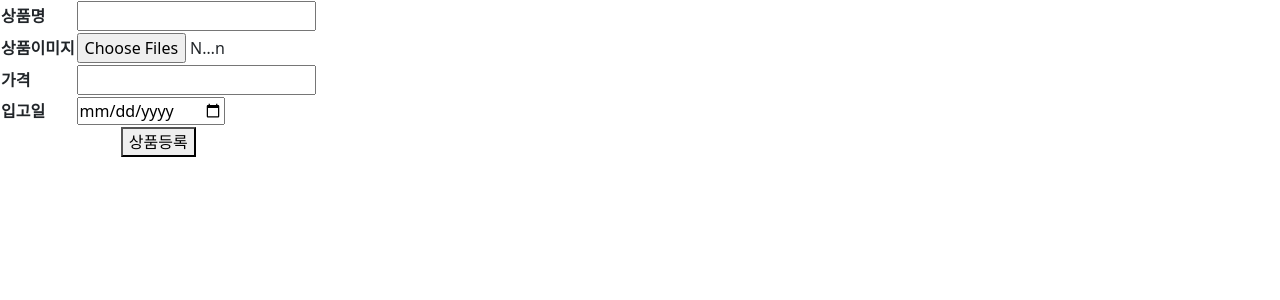
Repository: UZCHA/Sist0103Project
Page: http://localhost/SpringMvcUploadQuiz/quiz/myshop
An editor plug-in stored every save of this project. The page is shown before and after the next save, followed by the edit.
The browser window is 1280 px wide. The pictures show the whole page.
Some web fonts or font styles are not loaded; a fallback is used. The page is served by Tomcat 9.

Above is the page before, as saved 2024-05-07 06:41:57.

After the next save:
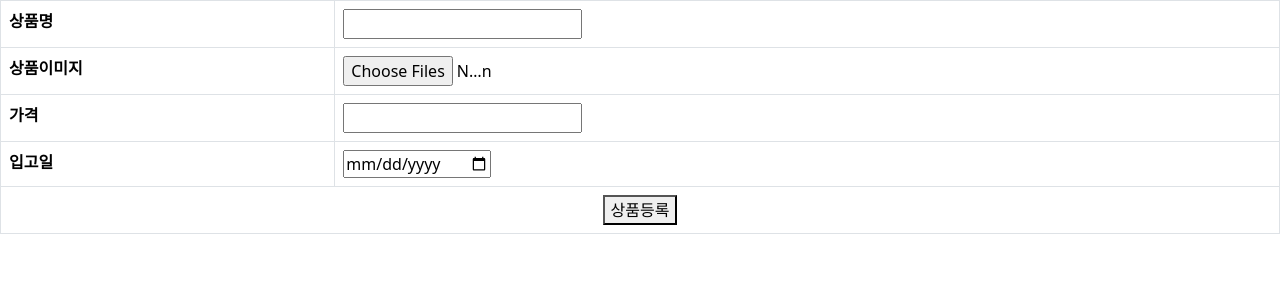
Saved 30 s later.
--- a/sts3work/SpringMvcUploadQuiz/src/main/webapp/WEB-INF/day0507Quiz/quizUploadForm.jsp
+++ b/sts3work/SpringMvcUploadQuiz/src/main/webapp/WEB-INF/day0507Quiz/quizUploadForm.jsp
@@ -13,7 +13,7 @@
 </head>
 <body>
 	<form action="upload" method="post" enctype="multipart/form-data">
-		<table>
+		<table class="table table-bordered">
 			<tr>
 				<th>상품명</th>
 				<td>
